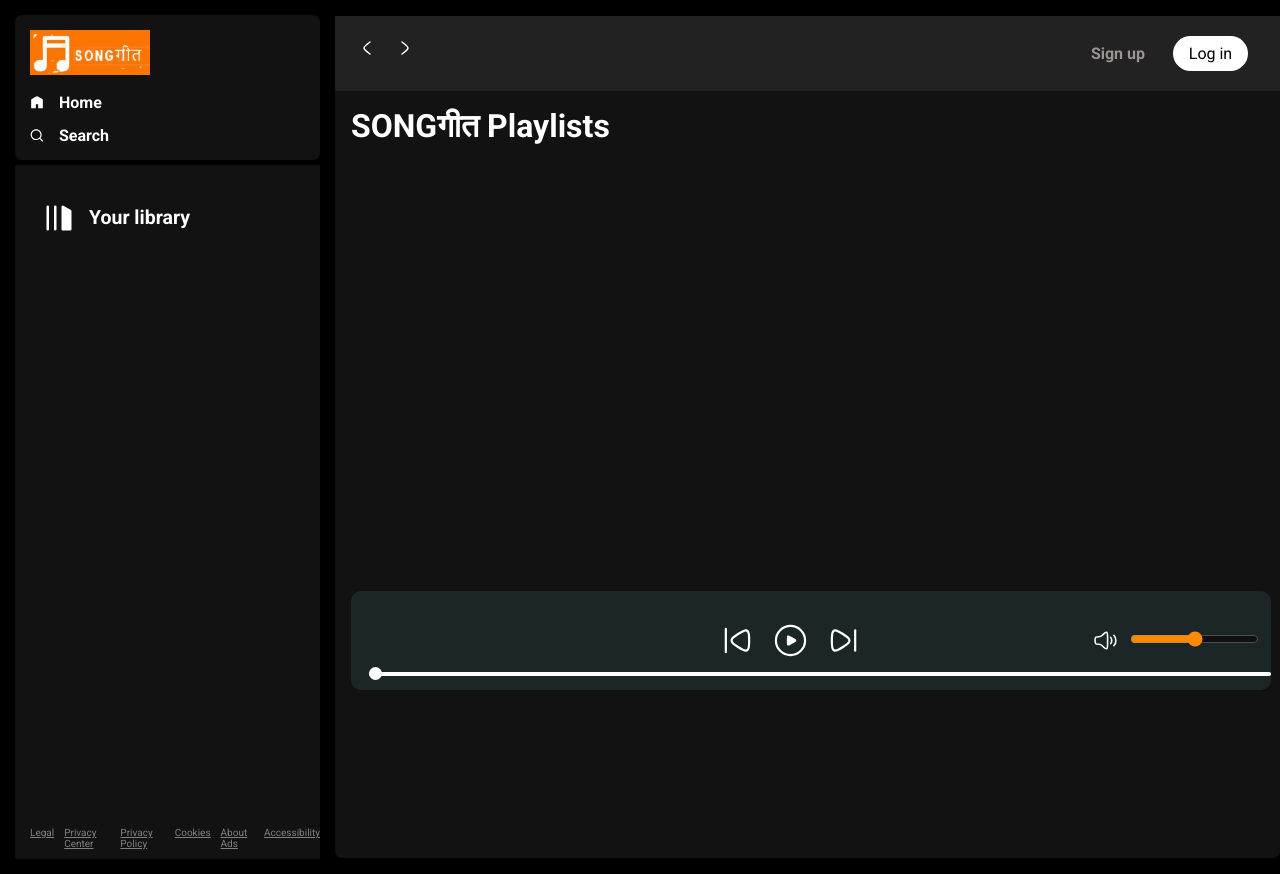
Repository: sarthaktomar579/SongGeet
Page: index.html
The author's editor kept a copy of each file at every save. The page is drawn from the files as they stood at one save, then again after the next save.
The browser window is 1280 px wide. The pictures show the whole page.
The page's requests for data from a server got no answer.

Above is the page before, as saved 2025-06-05 02:05:48.

### index.html
<!DOCTYPE html>
<html lang="en">

<head>
    <meta charset="UTF-8">
    <meta name="viewport" content="width=device-width, initial-scale=1.0">
    <title>SONGगीत - Web Player: Music for everyone</title>
    <link rel="stylesheet" href="css/style.css">
    <link rel="stylesheet" href="css/utility.css">
    <link rel="icon" type="image/png" sizes="32x32" href="fav icon\favicon-32x32.png">
</head>

<body>

    <div class="container flex bg-black">
        <div class="left">
            <div class="close invert">
                <img width = "40" src="images/close.svg" alt="">
            </div>
            <div class="home bg-grey rounded m-1 p-1">
                <div class="logo"><img width = "120" src="images/logo.jpg" alt="logo"></div>
                <ul>
                    <li><img class="invert home" src="images/home.svg" alt="Home">Home</li>
                    <li><img class="invert search" src="images/search.svg" alt="Search">Search</li>
                </ul>
            </div>
            <div class="library bg-grey m-1 p-1">
                <div class="heading">
                    <img class="invert" src="images/library.svg" alt="library">
                    <h2>Your library</h2>
                </div>

                <div class="songList">
                    <ul>

                    </ul>
                </div>
                <div class="footer">
                    <div><a href="https://www.spotify.com/jp/legal/"><span>Legal</span></a></div>
                    <div><a href="https://www.spotify.com/jp/privacy/"><span>Privacy Center</span></a></div>
                    <div><a href="https://www.spotify.com/jp/legal/privacy-policy/"><span>Privacy Policy</span></a>
                    </div>
                    <div><a href="https://www.spotify.com/jp/legal/cookies-policy/"><span>Cookies</span></a></div>
                    <div><a href="https://www.spotify.com/jp/legal/privacy-policy/#s3"><span>About Ads</span></a></div>
                    <div><a href="https://www.spotify.com/jp/accessibility/"><span>Accessibility</span></a></div>
                </div>
            </div>
        </div>
        <div class="right bg-grey rounded">
            <div class="header">
                <div class="nav">

                  <div class="hamburgerContainer">

                        <img width="40" class="invert hamburger" src="images/hamburger.svg" alt="">

                        <svg xmlns="http://www.w3.org/2000/svg" viewBox="0 0 24 24" width="24" height="24" class = "leftArrow" color="#ffffff"
                        fill="none">
                        <path d="M15 6C15 6 9.00001 10.4189 9 12C8.99999 13.5812 15 18 15 18" stroke="currentColor"
                            stroke-width="1.5" stroke-linecap="round" stroke-linejoin="round" />
                    </svg>

                    <svg xmlns="http://www.w3.org/2000/svg" viewBox="0 0 24 24" width="24" height="24" class = "rightArrow" color="#ffffff"
                        fill="none">
                        <path d="M9.00005 6C9.00005 6 15 10.4189 15 12C15 13.5812 9 18 9 18" stroke="currentColor"
                            stroke-width="1.5" stroke-linecap="round" stroke-linejoin="round" />
                    </svg>
                  </div>

                </div>

                <div class="buttons">
                    <button class="signup">Sign up</button>
                    <button class="login">Log in</button>
                </div>

            </div>

            <div class="spotifyPlaylists">
                <h1>SONGगीत Playlists</h1>
                <div class="cardContainer">

                </div>

            <div class="playBar">

                <div class="abovebar">
                    <div class="songinfo"> </div>

                    <div class="songbuttons">
                        <img width="35" id="previous" src="images/prev.svg" alt="">
                        <img width="35" id="play" src="images/play.svg" alt="">
                        <img width="35" id="next" src="images/next.svg" alt="">
                    </div>

                    <div class="timeVol">
                        <div class="songtime"></div>
                        <div class="volume">
                            <img width="25" src="images/volume.svg" alt="">
                        <div class="range">
                           <input type="range" name="volume" id="">
                        </div>
                    </div>
                  </div>

                </div>


                    <div class="seekbar">
                        <div class="circle">

                        </div>
                    </div>

                </div>

            </div>

        </div>
    </div>


    <script src="js/script.js"></script>
</body>

</html>

### css/utility.css
@import url('https://fonts.googleapis.com/css2?family=Roboto:ital,wght@0,100;0,300;0,400;0,500;0,700;0,900;1,100;1,300;1,400;1,500;1,700;1,900&display=swap');

*{
   font-family: "Roboto", sans-serif;
}

.border{
    border: 2px solid red;
    margin: 3px;

}

.flex{
    display:flex;
}

.justify-center{
    justify-content: center;
}

.items-center{
    align-items: center;
}

.bg-black{
    background-color: black;
    color: white;
}

.bg-grey{
    background-color: #121212;
}

.invert{
    filter: invert(1);
}

.rounded{
    border-radius: 7px;
}

.m-1{
    margin: 5px;
}

.p-1{
    padding: 15px;
}

/* For webkit browsers (Chrome, Safari, Edge) */
::-webkit-scrollbar {
    width: 12px; /* Width of the vertical scrollbar */
}

::-webkit-scrollbar-track {
    background: #1e1e1e; /* Dark background for the track */
}

::-webkit-scrollbar-thumb {
    background-color: #3a3a3a; /* Darker color for the thumb */
    border-radius: 10px; /* Rounded corners */
    border: 3px solid #1e1e1e; /* Optional border to create space around the thumb */
}

::-webkit-scrollbar-thumb:hover {
    background-color: #555; /* Slightly lighter color on hover */
}

/* For Firefox */
html {
    scrollbar-width: thin; /* Thin scrollbar */
    scrollbar-color: #3a3a3a #1e1e1e; /* thumb color | track color */
}

/* Optional: Styles for scrollbar on specific elements */
.your-element {
    overflow-x: hidden; /* Hide horizontal scrollbar */
    overflow-y: auto; /* Show vertical scrollbar */
    scrollbar-width: thin; /* Thin scrollbar */
    scrollbar-color: #3a3a3a #1e1e1e; /* thumb color | track color */
}

### js/script.js
console.log('Let’s write some Javascript');

let currentSong = new Audio();
let songs;
let currFolder;

// Format seconds into mm:ss
function formatTime(seconds) {
    const minutes = Math.floor(seconds / 60);
    const remainingSeconds = seconds % 60;
    return `${String(minutes).padStart(2, '0')}:${String(remainingSeconds.toFixed(0)).padStart(2, '0')}`;
}

// Play a track (optionally paused)
const playMusic = (track, pause = false) => {
    currentSong.src = `/${currFolder}/` + track;
    if (!pause) {
        currentSong.play();
        play.src = "images/pause.svg";
    }
    document.querySelector(".songinfo").innerHTML = decodeURI(track);
    document.querySelector(".songtime").innerHTML = "00:00/00:00";
};

// Load songs from a folder
async function getSongs(folder) {
    currFolder = folder;
    let response = await (await fetch(`/${folder}/`)).text();
    let div = document.createElement("div");
    div.innerHTML = response;

    songs = Array.from(div.getElementsByTagName("a"))
        .filter(a => a.href.endsWith(".mp3"))
        .map(a => a.href.split(`/${folder}/`)[1]);

    let songUL = document.querySelector(".songList ul");
    songUL.innerHTML = songs.map(song => `
        <li>
            <img class="invert" src="images/music.svg" alt="">
            <div class="info">
                <div>${song.replaceAll("%20", " ")}</div>
                <div>Saraj</div>
            </div>
            <div class="playNow">
                <span>Play Now</span>
                <img class="invert plays" src="images/play.svg" alt="">
            </div>
        </li>`).join("");

    // Add click event to each song
    Array.from(songUL.children).forEach(li => {
        li.addEventListener("click", () => {
            let track = li.querySelector(".info").firstElementChild.innerHTML;
            playMusic(track);
        });
    });

    return songs;
}

// Display available albums from server
async function displayAlbums() {
    let response = await (await fetch(`/songs`)).text();
    let div = document.createElement("div");
    div.innerHTML = response;

    let anchors = Array.from(div.getElementsByTagName("a"));
    let cardContainer = document.querySelector(".cardContainer");

    for (const anchor of anchors) {
        if (!anchor.href.includes("/songs") || anchor.href.endsWith("/songs")) continue;

        let folder = anchor.href.split("/").pop();
        let info = await (await fetch(`/songs/${folder}/info.json`)).json();

        cardContainer.innerHTML += `
            <div data-folder="${folder}" class="card">
                <div class="play">
                <svg width="16" height="16" viewBox="0 0 24 24" fill="none"
                    xmlns="http://www.w3.org/2000/svg">
                    <path d="M5 20V4L19 12L5 20Z" stroke="#141B34" fill="#000" stroke-width="1.5"
                        stroke-linejoin="round" />
                </svg>
            </div>
                <img src="/songs/${folder}/cover.jpg" alt="">
                <h2>${info.title}</h2>
                <p>${info.description}</p>
            </div>`;
    }

    // Add click event to each album card
    Array.from(document.getElementsByClassName("card")).forEach(card => {
        card.addEventListener("click", async () => {
            songs = await getSongs(`songs/${card.dataset.folder}`);
            playMusic(songs[0]);
        });
    });
}

// Main function to initialize
async function main() {
    await getSongs("songs/AA_Arijit_Singh");
    await displayAlbums();
    playMusic(songs[0], true);

    // Playback Controls
    play.addEventListener("click", () => {
        if (currentSong.paused) {
            currentSong.play();
            play.src = "images/pause.svg";
        } else {
            currentSong.pause();
            play.src = "images/play.svg";
        }
    });

    next.addEventListener("click", () => {
        let index = songs.indexOf(currentSong.src.split("/").pop());
        if (index + 1 < songs.length) playMusic(songs[index + 1]);
    });

    previous.addEventListener("click", () => {
        let index = songs.indexOf(currentSong.src.split("/").pop());
        if (index - 1 >= 0) playMusic(songs[index - 1]);
    });

    // Time Update
    currentSong.addEventListener("timeupdate", () => {
        document.querySelector(".songtime").innerHTML = `${formatTime(currentSong.currentTime)} / ${formatTime(currentSong.duration)}`;
        document.querySelector(".circle").style.left = `${(currentSong.currentTime / currentSong.duration) * 100}%`;
    });

    // Seekbar
    document.querySelector(".seekbar").addEventListener("click", e => {
        let percent = e.offsetX / e.target.getBoundingClientRect().width;
        document.querySelector(".circle").style.left = `${percent * 100}%`;
        currentSong.currentTime = percent * currentSong.duration;
    });

    // Volume control
    document.querySelector(".range input").addEventListener("change", e => {
        let value = parseInt(e.target.value);
        currentSong.volume = value / 100;
        document.querySelector(".volume img").src = value > 0 ? "images/volume.svg" : "images/mute.svg";
    });

    // Mute toggle
    document.querySelector(".volume img").addEventListener("click", e => {
        let isMuted = e.target.src.includes("mute.svg");
        e.target.src = isMuted ? e.target.src.replace("mute.svg", "volume.svg") : e.target.src.replace("volume.svg", "mute.svg");
        currentSong.volume = isMuted ? 0.1 : 0;
        document.querySelector(".range input").value = isMuted ? 10 : 0;
    });

    // Sidebar controls
    document.querySelector(".hamburger").addEventListener("click", () => {
        document.querySelector(".left").style.left = "0";
    });

    document.querySelector(".close").addEventListener("click", () => {
        document.querySelector(".left").style.left = "-120%";
    });
}

main();

Loaded but not shown: songs/AA_Arijit_Singh/info.json (12 lines, source omitted); css/style.css (444 lines, source omitted)

After the next save:
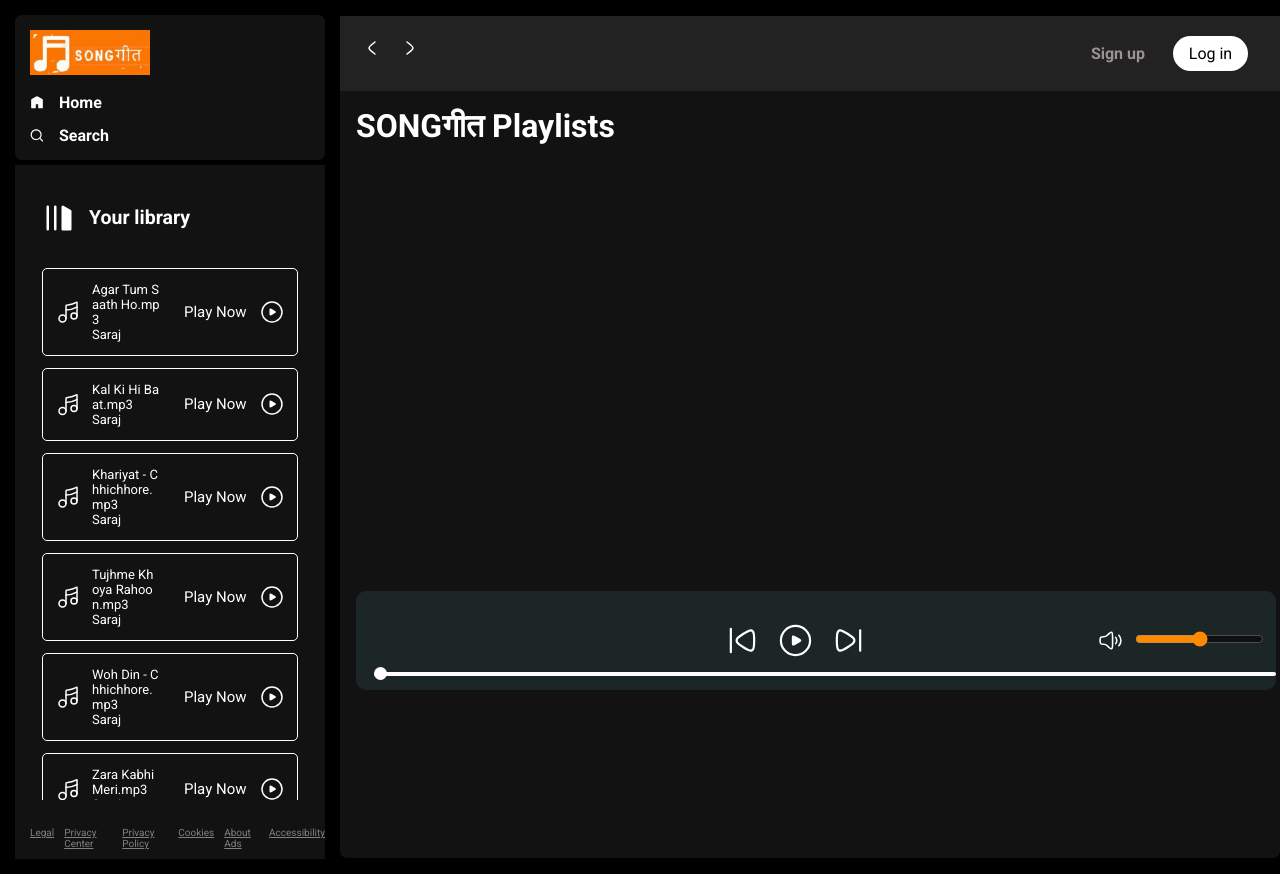
Saved 64 s later.
--- a/js/script.js
+++ b/js/script.js
@@ -25,20 +25,17 @@
 // Load songs from a folder
 async function getSongs(folder) {
     currFolder = folder;
-    let response = await (await fetch(`/${folder}/`)).text();
-    let div = document.createElement("div");
-    div.innerHTML = response;
 
-    songs = Array.from(div.getElementsByTagName("a"))
-        .filter(a => a.href.endsWith(".mp3"))
-        .map(a => a.href.split(`/${folder}/`)[1]);
+    // Load song list from info.json
+    let info = await (await fetch(`/${folder}/info.json`)).json();
+    songs = info.songs;
 
     let songUL = document.querySelector(".songList ul");
     songUL.innerHTML = songs.map(song => `
         <li>
             <img class="invert" src="images/music.svg" alt="">
             <div class="info">
-                <div>${song.replaceAll("%20", " ")}</div>
+                <div>${song}</div>
                 <div>Saraj</div>
             </div>
             <div class="playNow">
@@ -47,7 +44,6 @@
             </div>
         </li>`).join("");
 
-    // Add click event to each song
     Array.from(songUL.children).forEach(li => {
         li.addEventListener("click", () => {
             let track = li.querySelector(".info").firstElementChild.innerHTML;
@@ -57,6 +53,7 @@
 
     return songs;
 }
+
 
 // Display available albums from server
 async function displayAlbums() {

After the save that followed:
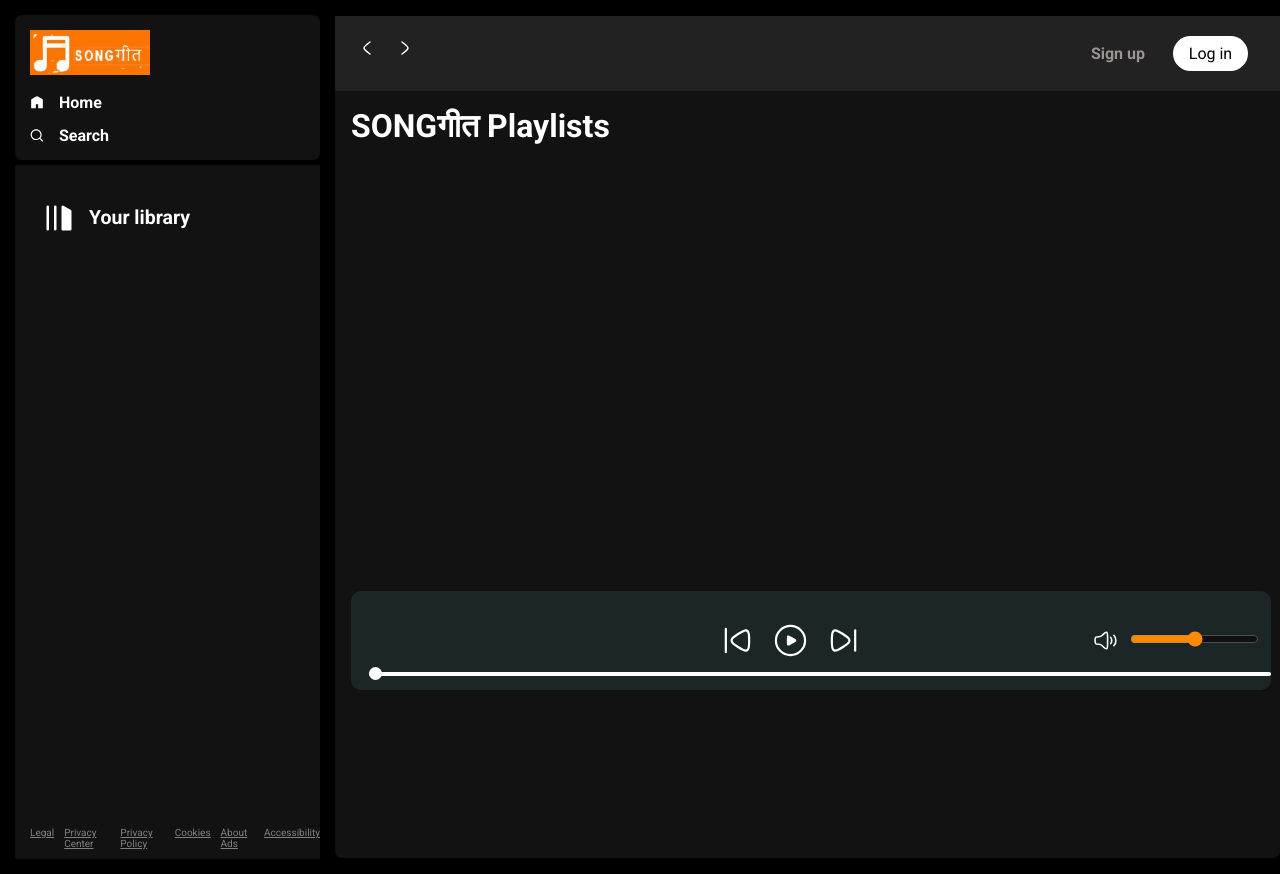
Saved 8 min 1 s later.
--- a/js/script.js
+++ b/js/script.js
@@ -25,17 +25,20 @@
 // Load songs from a folder
 async function getSongs(folder) {
     currFolder = folder;
+    let response = await (await fetch(`/${folder}/`)).text();
+    let div = document.createElement("div");
+    div.innerHTML = response;
 
-    // Load song list from info.json
-    let info = await (await fetch(`/${folder}/info.json`)).json();
-    songs = info.songs;
+    songs = Array.from(div.getElementsByTagName("a"))
+        .filter(a => a.href.endsWith(".mp3"))
+        .map(a => a.href.split(`/${folder}/`)[1]);
 
     let songUL = document.querySelector(".songList ul");
     songUL.innerHTML = songs.map(song => `
         <li>
             <img class="invert" src="images/music.svg" alt="">
             <div class="info">
-                <div>${song}</div>
+                <div>${song.replaceAll("%20", " ")}</div>
                 <div>Saraj</div>
             </div>
             <div class="playNow">
@@ -44,6 +47,7 @@
             </div>
         </li>`).join("");
 
+    // Add click event to each song
     Array.from(songUL.children).forEach(li => {
         li.addEventListener("click", () => {
             let track = li.querySelector(".info").firstElementChild.innerHTML;
@@ -53,7 +57,6 @@
 
     return songs;
 }
-
 
 // Display available albums from server
 async function displayAlbums() {
